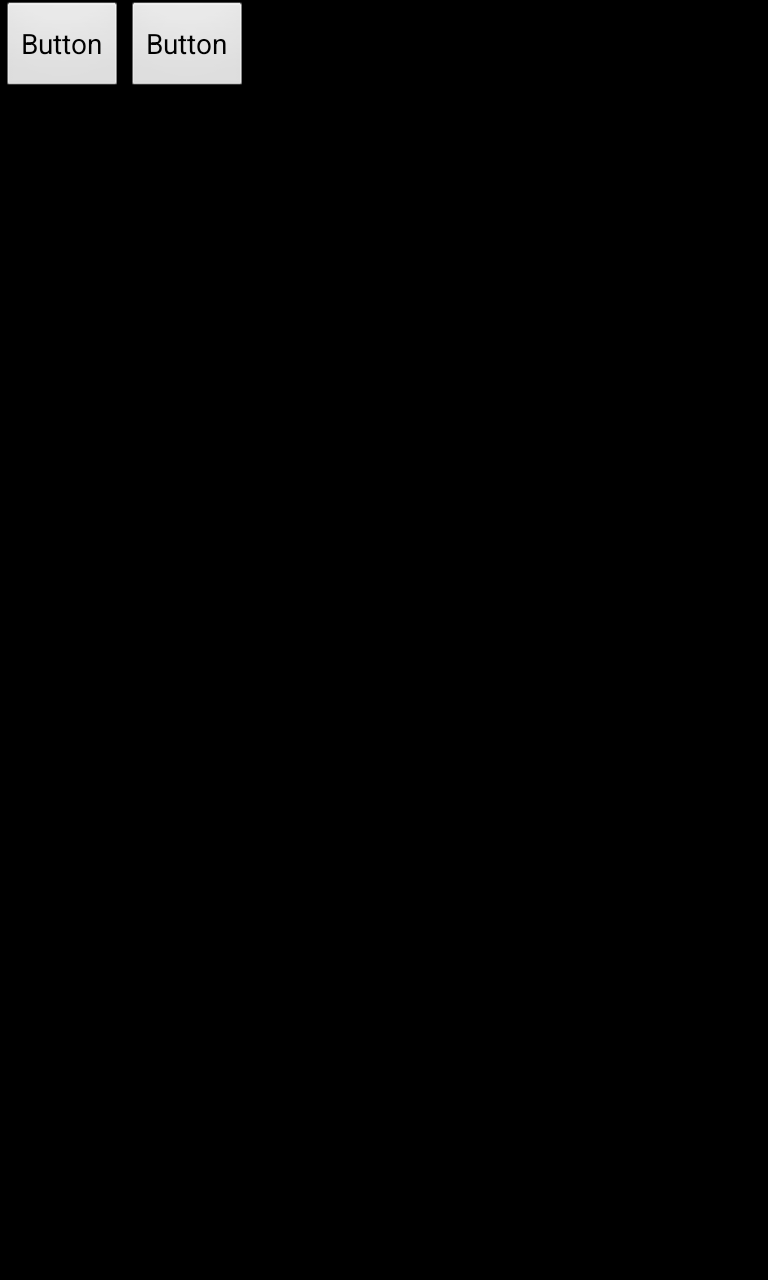
Repository: valleskeyp/IADHub
Layout: MGDGame-android/res/layout/main.xml
An editor plug-in stored every save of this project. The layout is shown before and after the next save, followed by the edit.
It is drawn on a 768 x 1280 px phone screen (xhdpi) without system bars, with theme android:Theme.NoTitleBar.Fullscreen; the app's code is not run. Lists and similar views that code fills are empty.

Above is the layout before, as saved 2013-07-29 22:58:35.

### MGDGame-android/res/layout/main.xml
<?xml version="1.0" encoding="utf-8"?>
<LinearLayout xmlns:android="http://schemas.android.com/apk/res/android"
    android:layout_width="fill_parent"
    android:layout_height="fill_parent"
    android:orientation="horizontal" >

    <Button
        android:id="@+id/button1"
        android:layout_width="wrap_content"
        android:layout_height="wrap_content"
        android:text="Button" />

    <Button
        android:id="@+id/button2"
        android:layout_width="wrap_content"
        android:layout_height="wrap_content"
        android:text="Button" />

    <ListView
        android:id="@+id/list_scores"
        android:layout_width="match_parent"
        android:layout_height="wrap_content" >
    </ListView>

</LinearLayout>

After the next save:
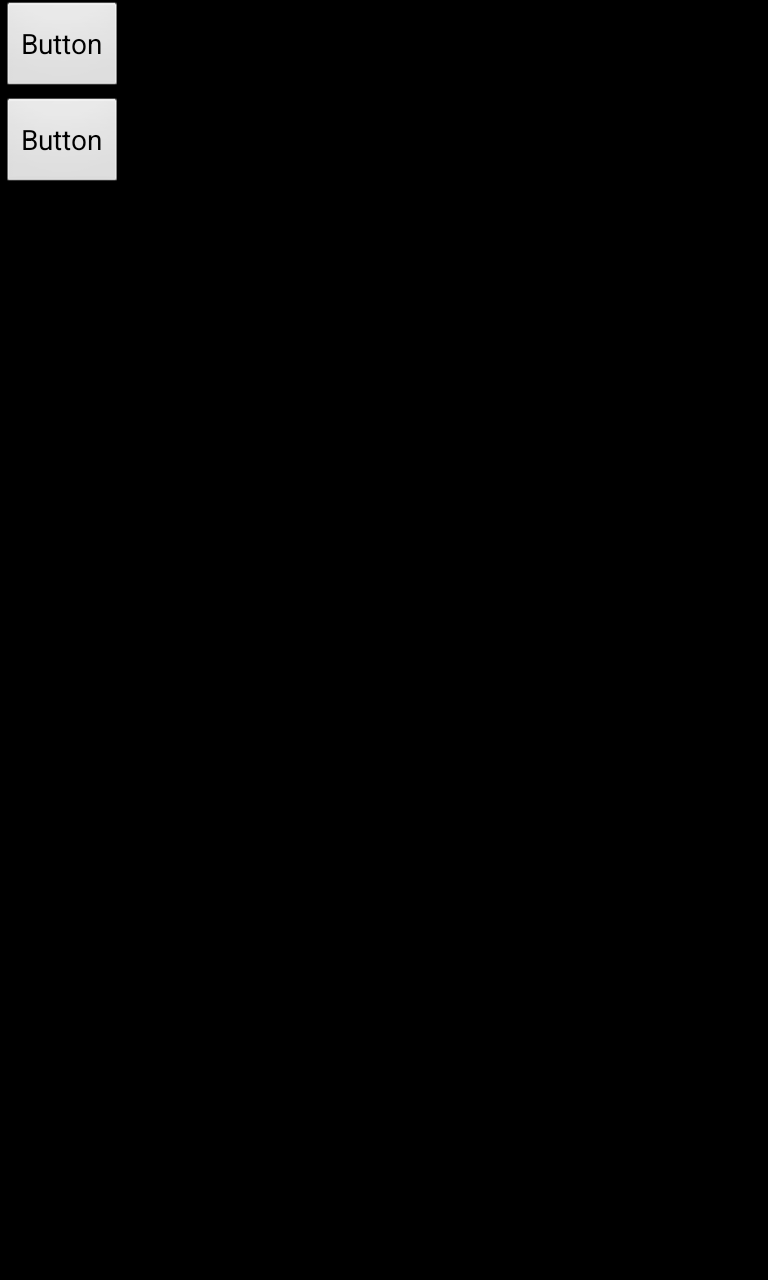
Saved 76 s later.
--- a/MGDGame-android/res/layout/main.xml
+++ b/MGDGame-android/res/layout/main.xml
@@ -3,7 +3,10 @@
     android:layout_width="fill_parent"
     android:layout_height="fill_parent"
     android:orientation="horizontal" >
-
+	<LinearLayout
+	    android:layout_width="wrap_content"
+	    android:layout_height="wrap_content"
+	    android:orientation="vertical" >
     <Button
         android:id="@+id/button1"
         android:layout_width="wrap_content"
@@ -15,7 +18,7 @@
         android:layout_width="wrap_content"
         android:layout_height="wrap_content"
         android:text="Button" />
-
+	</LinearLayout>
     <ListView
         android:id="@+id/list_scores"
         android:layout_width="match_parent"
